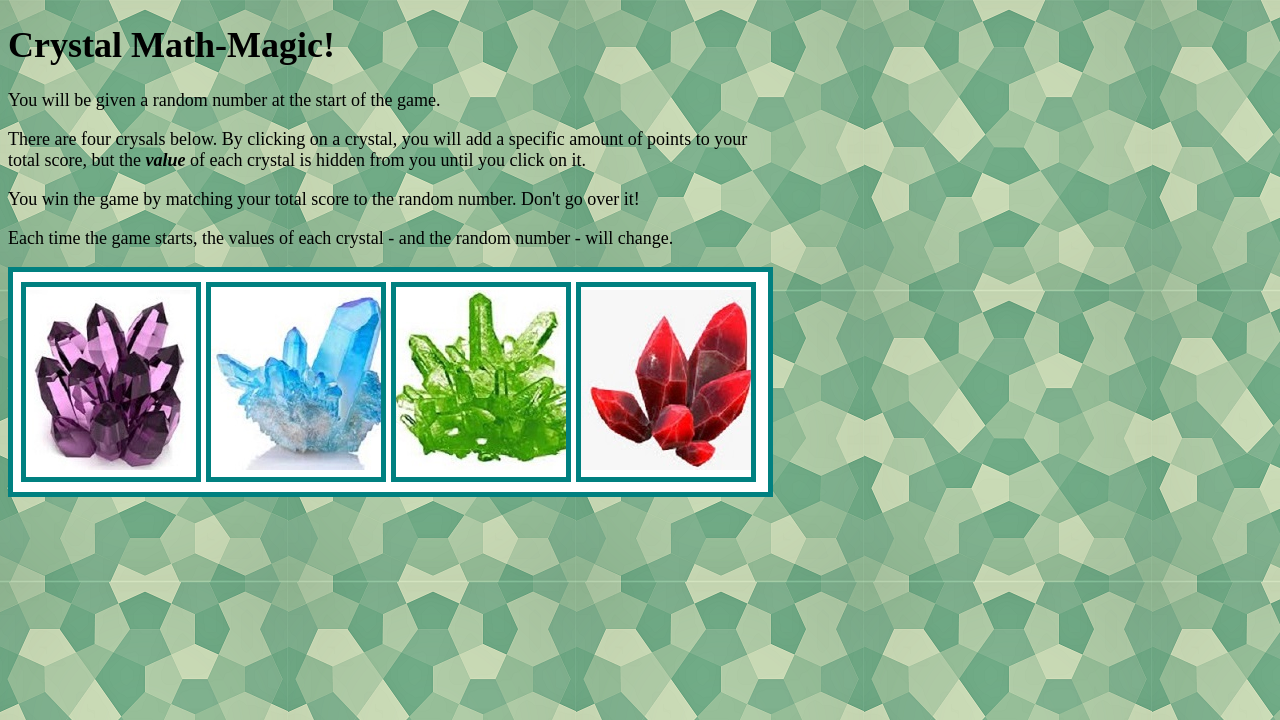
Repository: dsaftler/unit-4-game
Page: index.html
These files come from the project's save history. The page is drawn as it stood at one moment and after the next save; the edit follows.
The browser window is 1280 px wide. The pictures show the whole page.
Some web fonts or font styles are not loaded; a fallback is used.

Above is the page before, as saved 2019-04-01 19:28:58.

### index.html
<!DOCTYPE html>
<html lang="en">
<head>
  <meta charset="UTF-8">
  <meta name="viewport" content="width=device-width, initial-scale=1.0">
  <meta http-equiv="X-UA-Compatible" content="ie=edge">
  <link rel="stylesheet" href="assets/css/reset.css">
  <link rel="stylesheet" href="assets/css/style.css">
  <link href="https://fonts.googleapis.com/css?family=BioRhyme" rel="stylesheet">

  <title>Puzzle Crystal matching</title>
</head>
<body>
<h1>Crystal Math-Magic!</h1>
<div class="instructions">
<p>You will be given a random number at the start of the game.</p>
<p>There are four crysals below.  By clicking on a crystal, you will add a specific amount of points to your total score, but the <strong><em>value</em></strong> of each crystal is hidden from you until you click on it.</p>
<p>You win the game by matching your total score to the random number. Don't go over it!</p>
<p>Each time the game starts, the values of each crystal - and the random number - will change.</p>
</div>
<div class="" id="randomTarget"></div>
<div class="crystal-set">
  <div class="crystal clearfix" id="crystal_1"><img src="assets/images/crystal_1.jpg"></div>
  <div class="crystal clearfix" id="crystal_2"><img src="assets/images/crystal_2.jpg"></div>
  <div class="crystal clearfix" id="crystal_3"><img src="assets/images/crystal_3.jpg"></div>
  <div class="crystal clearfix" id="crystal_4"><img src="assets/images/crystal_4.jpg"></div>
</div>

    <script src="https://ajax.googleapis.com/ajax/libs/jquery/3.3.1/jquery.min.js"></script>

</body>
</html>

### assets/css/style.css
* {
  box-sizing: border-box;
}
body {
background-image: url("assets/images/congruent_pentagon.png");
width: 70%;
font-family: 'BioRhyme',serif;
font-size: 18px;

}
.container{
  background-color: "green"

}
.instructions{
  width: 765px;
}
.showRandomTarget { font-size: 22px;}
#randomTarge {font-color: teal;}
.crystal-set{
  background-color: #ffffff;
  height: 230px;
  width: 765px;
  border:5px solid teal;
  padding: 5px;
  padding-left:8px;
}
.crystal{
  display: block;
  align-content: center;
  float: left;
  height: 200px;
  width: 180px;
  margin-right: 5px;
  margin-top: 5px;

  border: teal 5px solid;


}
.clearfix {
  overflow: hidden;
}

Loaded but not shown: assets/css/reset.css (no stored copy; drawn as an empty file)

After the next save:
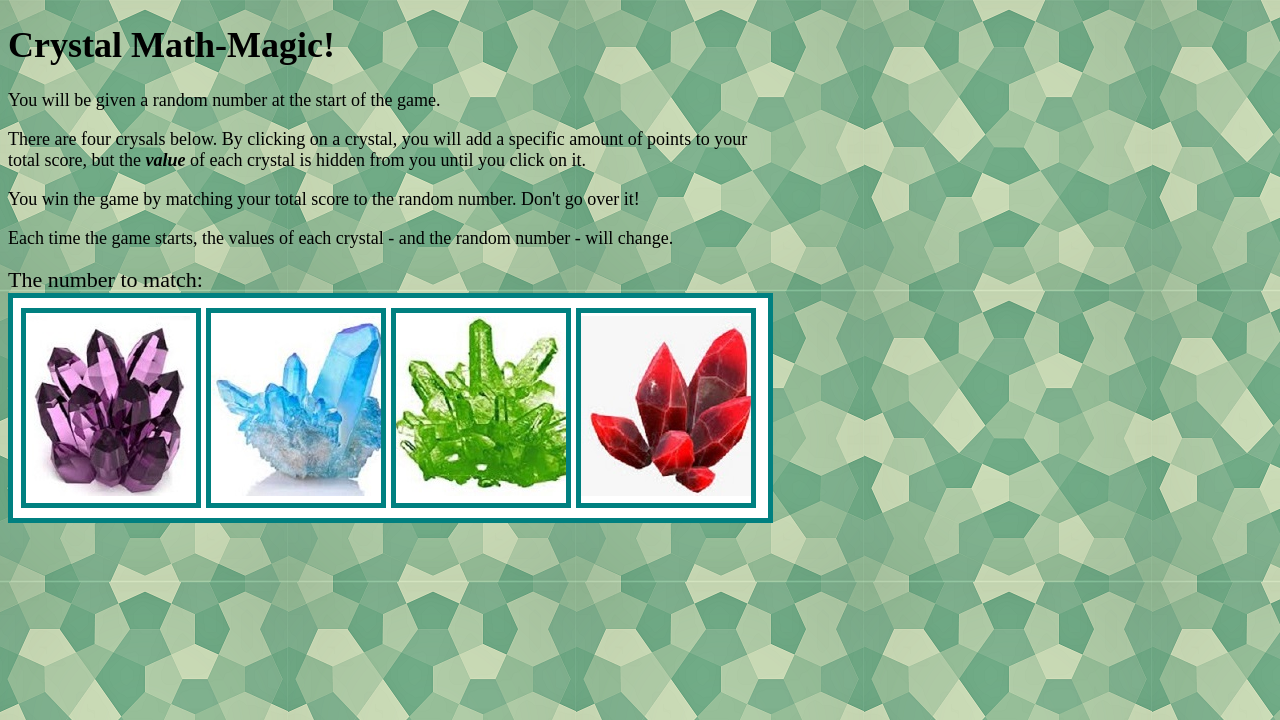
Saved 20 s later.
--- a/index.html
+++ b/index.html
@@ -18,7 +18,7 @@
 <p>You win the game by matching your total score to the random number. Don't go over it!</p>
 <p>Each time the game starts, the values of each crystal - and the random number - will change.</p>
 </div>
-<div class="" id="randomTarget"></div>
+<div class="showRandomTarget" id="randomTarget">The number to match:</div>
 <div class="crystal-set">
   <div class="crystal clearfix" id="crystal_1"><img src="assets/images/crystal_1.jpg"></div>
   <div class="crystal clearfix" id="crystal_2"><img src="assets/images/crystal_2.jpg"></div>
